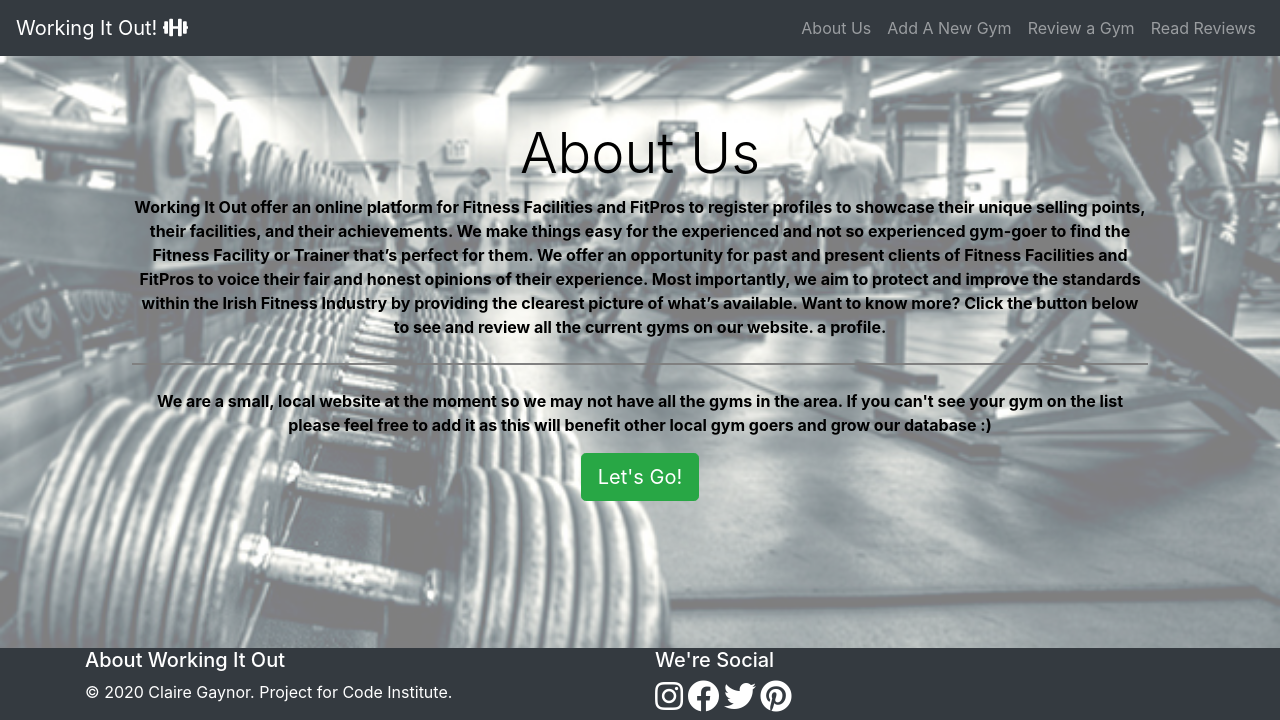
Repository: cgaynor91/Working_It_Out
Page: http://localhost/about
The author's editor kept a record of every edit. The page is drawn from the files as they stood at one moment, then again after the next edit.
The browser window is 1280 px wide. The pictures show the whole page.
Some web libraries are served in a nearby version. The page is served by the project's application, run on Flask 3 (app.py).

Above is the page before.

After the next edit:
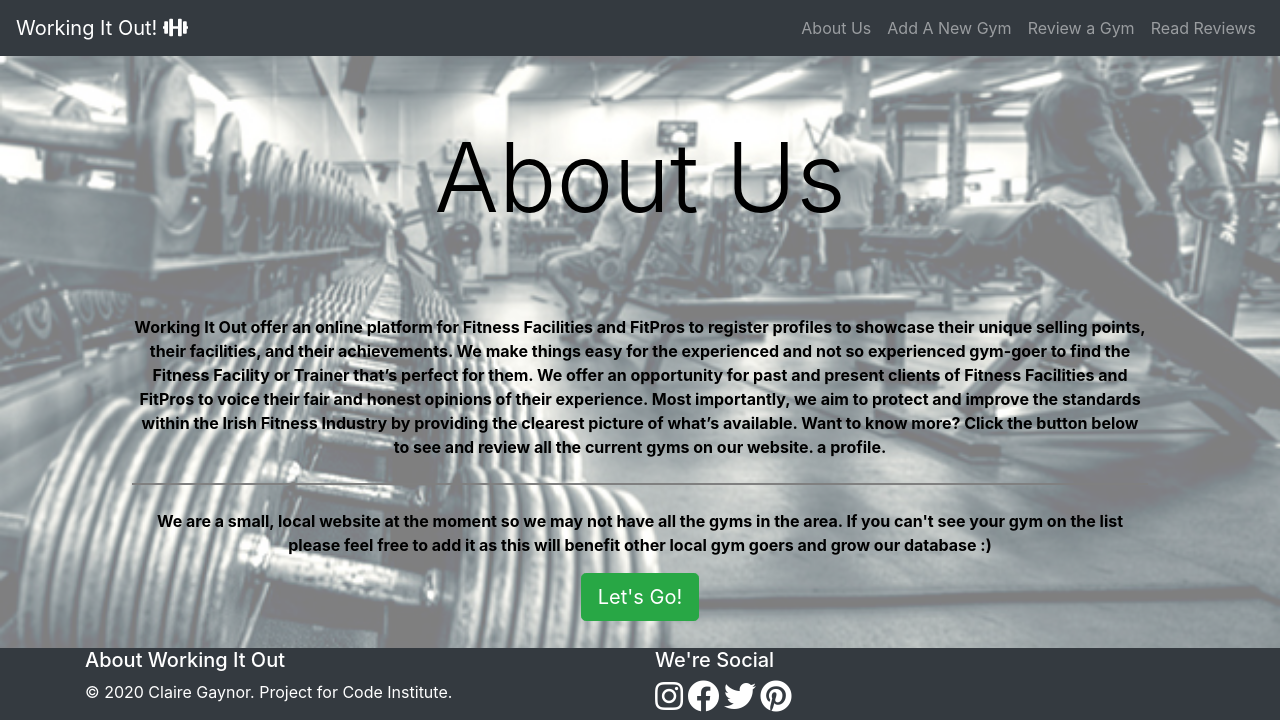
The edit:
--- a/templates/about.html
+++ b/templates/about.html
@@ -5,7 +5,7 @@
     <div class="container justify-content-center">
         <div class="col-12 col-md-8 jumbo-text">
             <div class="jumbotron">
-                <h1 class="display-4">About Us</h1>
+                <h1 class="display-3">About Us</h1>
                 <p></b>Working It Out offer an online platform for Fitness Facilities and FitPros to register profiles to showcase their unique selling points, their facilities, and their achievements. We make things easy for the experienced and not so experienced
                     gym-goer to find the Fitness Facility or Trainer that’s perfect for them. We offer an opportunity for past and present clients of Fitness Facilities and FitPros to voice their fair and honest opinions of their experience. Most importantly,
                     we aim to protect and improve the standards within the Irish Fitness Industry by providing the clearest picture of what’s available. Want to know more? Click the button below to see and review all the current gyms on our website.
